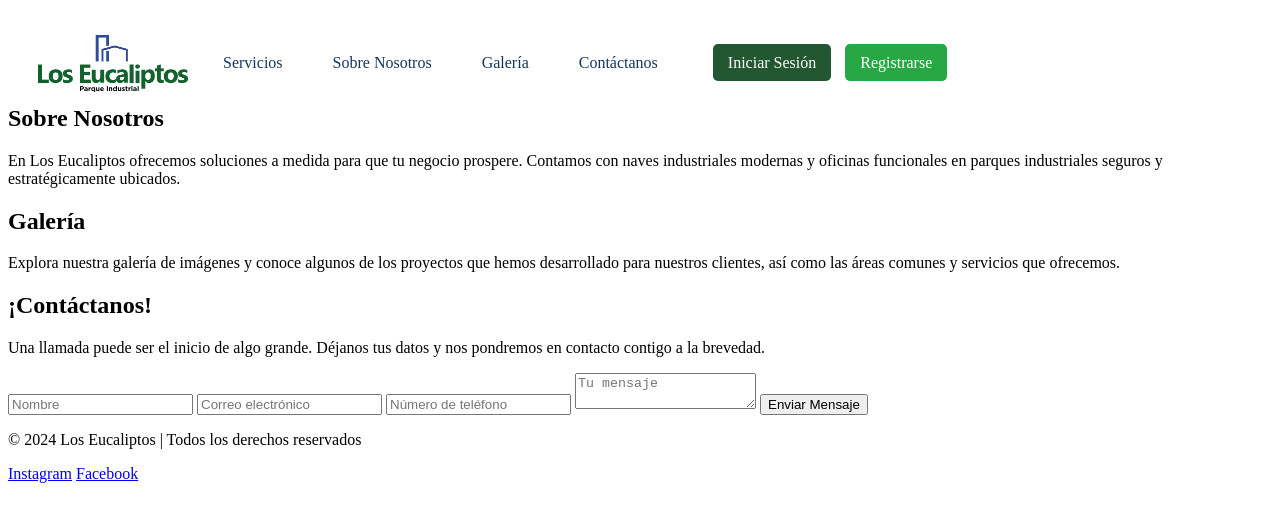
Repository: Los-Eucaliptos-WebApp/Los-Eucaliptos-FrontEnd
Page: pages/los-eucaliptos-home-page/index.html
An editor plug-in stored every save of this project. The page is shown before and after the next save, followed by the edit.
The browser window is 1280 px wide. The pictures show the whole page.

Above is the page before, as saved 2025-02-16 22:17:56.

After the next save:
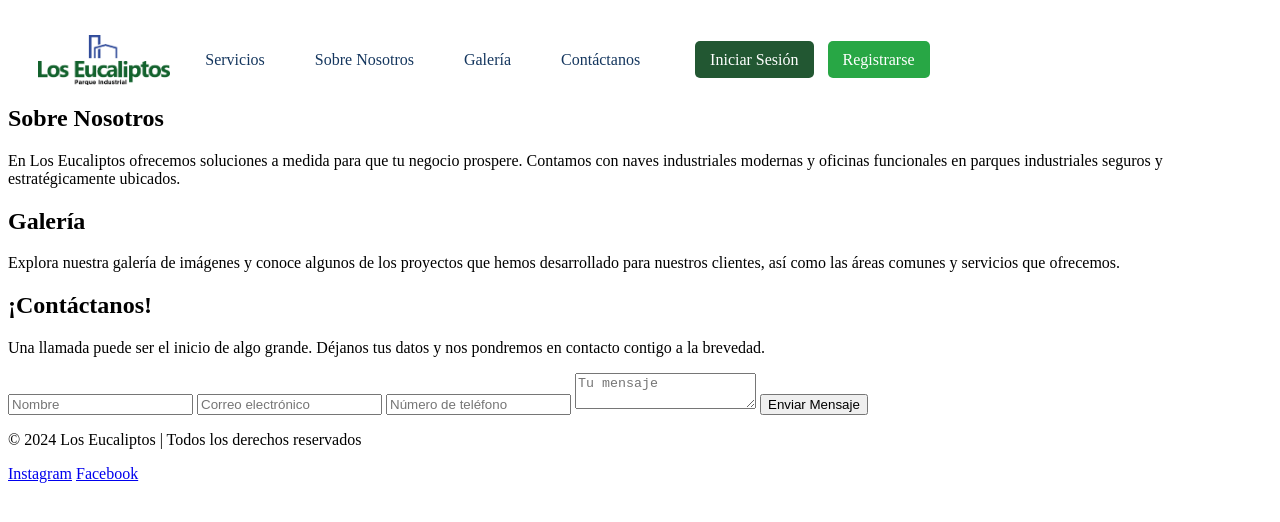
Saved 64 s later.
--- a/pages/los-eucaliptos-home-page/styles.css
+++ b/pages/los-eucaliptos-home-page/styles.css
@@ -14,9 +14,10 @@ header {
     justify-content: flex-start;
 }
 
+/* Tamaño de la imagen */
 .logo img {
-    width: 150px;
-    height: auto;
+    width: auto;  /* Permite que el logo no se estire */
+    height: 50px; /* Ajusta la altura para que el logo tenga un tamaño adecuado */
     margin-right: 10px;
 }
 
